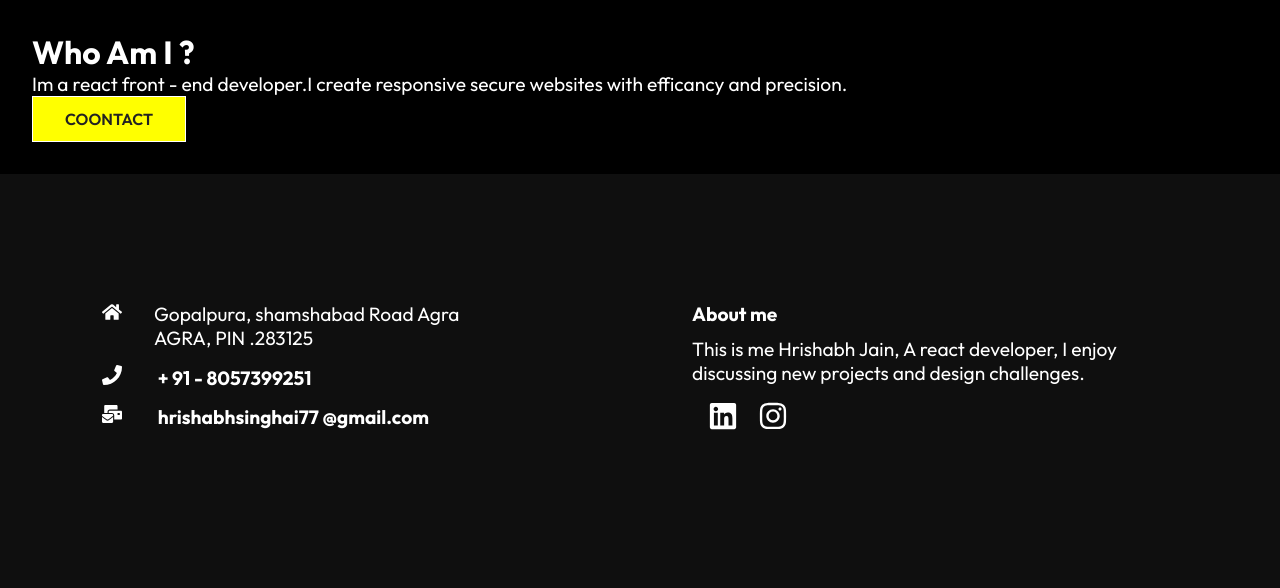
Repository: Hrishabhsinghai/Portfolio
Page: /About
The author's editor kept a copy of each file at every save. The page is drawn from the files as they stood at one save, then again after the next save.
The browser window is 1280 px wide. The pictures show the part of the page from y = 504 to 1209 px (the page is 1092 px tall before and 1209 px after).
The project was rebuilt for these pictures with package versions that can differ from the ones it lists, and the page was loaded fresh each time. Also part of the build but not shown: src/components/HeroImgStyles.css, src/components/HeroImg.js, src/routes/Home.js, src/components/AboutContentSttyles.css, src/components/WorkCardStyles.css, src/components/WorkCard.js, src/components/WorkCardData.js, src/components/Work.js and 2 more.

Above is the page before, as saved 2024-01-10 00:36:36.

After the next save:
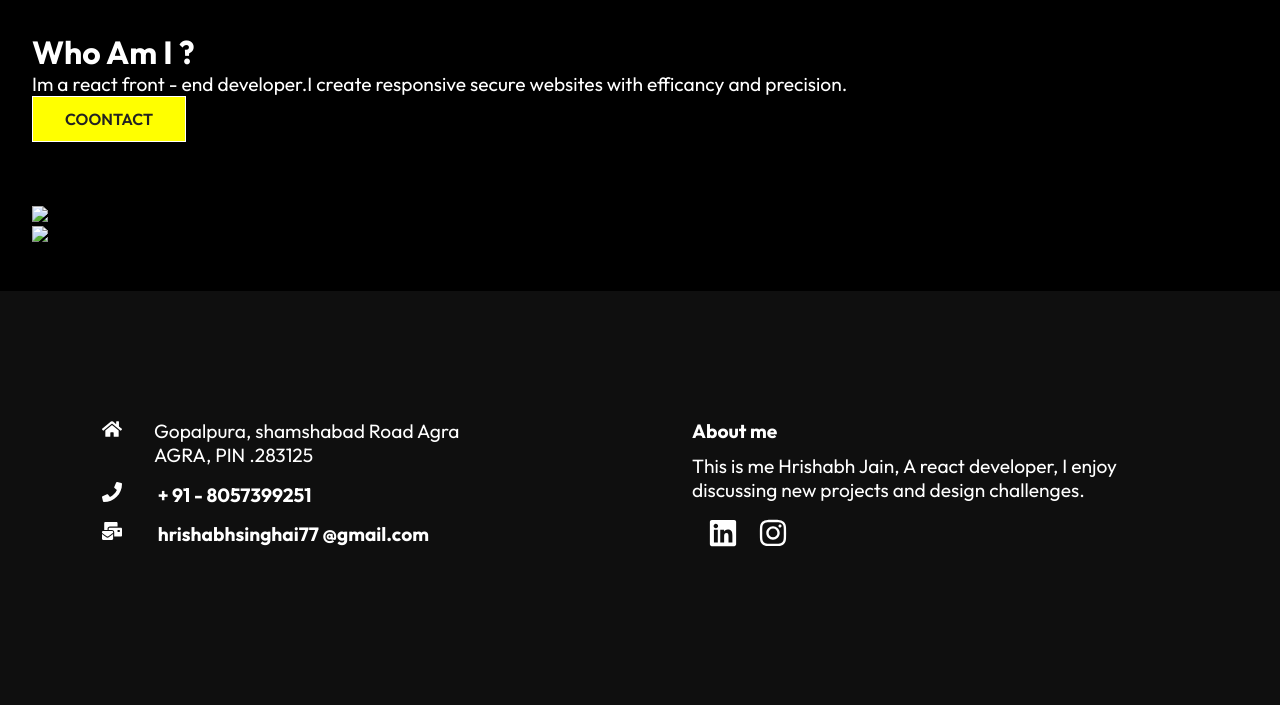
Saved 4 min 35 s later.
--- a/src/components/AboutContent.js
+++ b/src/components/AboutContent.js
@@ -17,6 +17,16 @@ const AboutContent = () => {
           <button className="btn"> Coontact </button>{" "}
         </Link>{" "}
       </div>{" "}
+      <div className="right">
+        <div className="img-container">
+          <div className="img-stack top">
+            <img src="" className="img" alt="true" />
+          </div>{" "}
+          <div className="img-stack bottom">
+            <img src="" className="img" alt="true" />
+          </div>{" "}
+        </div>
+      </div>{" "}
     </div>
   );
 };
